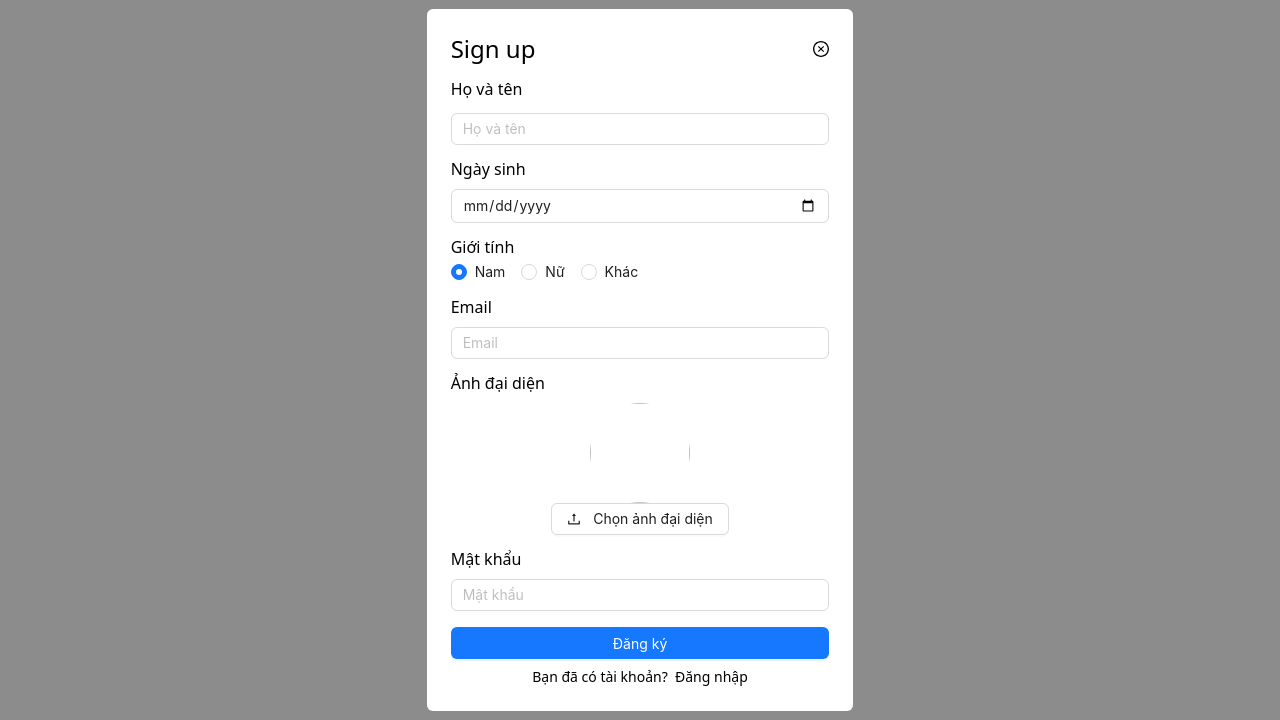
Repository: TinhTT336/MD02_Session14
Page: / (app in client/)
The author's editor kept a copy of each file at every save. The page is drawn from the files as they stood at one save, then again after the next save.
The browser window is 1280 px wide. The pictures show the whole page.
The project was rebuilt for these pictures with package versions that can differ from the ones it lists, and the page was loaded fresh each time. Also part of the build but not shown: client/vite.config.js, client/src/components/UploadSingleFile.jsx, client/src/components/register/register.css, client/src/components/register/Register.jsx, client/src/components/register/RegisterWithImg.jsx.

Above is the page before, as saved 2023-09-14 16:36:40.

### client/index.html
<!DOCTYPE html>
<html lang="en">
  <head>
    <meta charset="UTF-8" />
    <link rel="icon" type="image/svg+xml" href="/vite.svg" />
    <meta name="viewport" content="width=device-width, initial-scale=1.0" />
    <title>Vite + React</title>
    <!-- <link
      href="https://cdn.jsdelivr.net/npm/bootstrap@5.0.2/dist/css/bootstrap.min.css"
      rel="stylesheet"
      integrity="sha384-EVSTQN3/azprG1Anm3QDgpJLIm9Nao0Yz1ztcQTwFspd3yD65VohhpuuCOmLASjC"
      crossorigin="anonymous"
    />
    <link
      rel="stylesheet"
      href="https://cdnjs.cloudflare.com/ajax/libs/font-awesome/6.4.2/css/all.min.css"
      integrity="sha512-z3gLpd7yknf1YoNbCzqRKc4qyor8gaKU1qmn+CShxbuBusANI9QpRohGBreCFkKxLhei6S9CQXFEbbKuqLg0DA=="
      crossorigin="anonymous"
      referrerpolicy="no-referrer"
    /> -->
  </head>
  <body>
    <div id="root"></div>
    <script type="module" src="/src/main.jsx"></script>
  </body>
</html>

### client/src/App.jsx

import './App.css'
import UploadSingleFile from './components/UploadSingleFile'
import Register from './components/register/Register'
import RegisterWithImg from './components/register/RegisterWithImg'
import Signup from './components/signup/Signup'

function App() {

  return (
    <>
      {/* <UploadSingleFile /> */}
      {/* <Register /> */}
      {/* <RegisterWithImg /> */}
      <Signup />
    </>
  )
}

export default App

### client/src/App.css
* {
  margin: 0;
  padding: 0;
  box-sizing: border-box;
}
.btn-primary {
  background-color: #1677ff !important;
}
.btn-primary:hover {
  background-color: #4096ff !important;
}

### client/src/components/signup/Signup.jsx
import React, { useState } from 'react';
import { CloseCircleOutlined, UploadOutlined } from "@ant-design/icons";
import { Input, Radio, Button, message, Upload, Space, notification } from 'antd';
// import { async } from '@firebase/util';
import { getDownloadURL, ref, uploadBytes } from '@firebase/storage';
import { storage } from '../../firebase/configFirebase';
import { validateEmail, validatePassword } from '../../utils/formatData';
import axios from 'axios';

export default function Signup() {
    const [gender, setGender] = useState(1);
    const [imageUrl, setImageUrl] = useState(null);

    const [user, setUser] = useState({
        username: '',
        dateOfBirth: "",
        email: '',
        avatar: "",
        gender: 0,
        password: '',
        role: 1,
    })
    const handleCheck = (e) => {
        setGender(e.target.value);
    };

    //tao 1 tham chieu den thu muc chua kho anh tren firebase
    const imageListRef = ref(storage, 'images/')

    //Props cuar Upload
    const props = {
        name: 'file',
        action: 'https://www.mocky.io/v2/5cc8019d300000980a055e76',
        headers: {
            authorization: 'authorization-text',
        },
        onChange(info) {
            if (info.file.status !== 'uploading') {
                console.log(info.file.response.url, info.fileList);
            }
            if (info.file.status === 'done') {
                //lay duong dan cua anh sau khi hoan tat qua trinh tai
                const downloadURL = info.file.response.url;
                //luu duong dan vao 1 state
                setImageUrl(downloadURL);
                message.success("Tải lên hình ảnh thành công");
                console.log(imageUrl);
                console.log(downloadURL);
            } else if (info.file.status === 'error') {
                message.error("Tải lên hình ảnh thất bại");
            }
        },
        customRequest: async ({ file, onSuccess, onError }) => {
            try {
                //tao 1 tham chieu den thu muc chua kho anh tren firebase
                const imageRef = ref(imageListRef, file.name)

                // tai anh len firebase
                await uploadBytes(imageRef, file)

                //lay url tu firebase ve
                const downloadURL = await getDownloadURL(imageRef)

                //goi ham onSuccess de thong bao upload anh thanh cong
                onSuccess({ url: downloadURL });

            } catch (error) {
                onError(error)
            }
        }
    };

    // ham lay thong tin tu o input
    const handleInputChange = (e) => {
        const { name, value } = e.target;
        console.log(name, value);
        setUser({ ...user, [name]: value })
    }

    // ham submit
    const handleSubmit = (e) => {
        e.preventDefault();
        if (!user.username) {
            notification.error({
                message: "Cảnh báo",
                description: "Họ và tên không được để trống"
            })
            return;
        } else if (!user.email) {
            notification.error({
                message: "Cảnh báo",
                description: "Email không được để trống"
            })
            return;
        }
        else if (!validateEmail(user.email)) {
            notification.error({
                message: "Cảnh báo",
                description: "Email không đúng định dạng"
            })
            return;
        }
        else if (!user.password) {
            notification.error({
                message: "Cảnh báo",
                description: "Mât khẩu không được để trống"
            })
            return;
        } else if (!validatePassword(user.password)) {
            notification.error({
                message: "Cảnh báo",
                description: "Mật khẩu không đúng định dạng"
            })
            return;
        } else {
            const newUser = {
                ...user,
                // password: password,
                role: 1,
                avatar: imageUrl
            }
            console.log("==>", newUser);
            // goi API thêm
            axios.post("http://localhost:3000/users", newUser)
                .then(response => {
                    console.log(response);
                    if (response.status === 201) {
                        // hien thi thong bao
                        notification.success({
                            message: "Thành công",
                            description: "Thêm mới người dùng thành công"
                        });
                        localStorage.setItem("userSignup", JSON.stringify(user));
                        console.log("Chuyen trang dang nhap");
                    }
                })
                .catch(error => {
                    console.log(error);
                    // if (error.response.data === "Email already exists") {
                    //     notification.error({
                    //         message: "Cảnh báo",
                    //         description: "Email đã tồn tại trong hệ thống"
                    //     })
                    // } else {
                    //     notification.error({
                    //         message: "Cảnh báo",
                    //         description: "Lỗi hệ thống"
                    //     })
                    // }
                })
        }
    }


    return (
        <>
            <div className='fixed top-0 left-0 right-0 bottom-0 flex items-center justify-center bg-rgba-black'>
                <form className='bg-white p-6 rounded-md w-2/6' onSubmit={handleSubmit}>
                    <div className='flex items-center justify-between'>
                        <h3 className='text-2xl'>Sign up</h3>
                        <CloseCircleOutlined className='cursor-pointer hover:bg-slate-300 rounded-full' />
                    </div>
                    <div className='mt-3'>
                        <label htmlFor="username">Họ và tên</label>
                        <Input placeholder="Họ và tên" className='mt-3' name='username' id='username' onChange={handleInputChange} />
                    </div>
                    <div className='mt-3'>
                        <label htmlFor="dateOfBirth">Ngày sinh</label>
                        <Input placeholder="Ngày sinh" className='mt-2' name='dateOfBirth' id='dateOfBirth' type='date' onChange={handleInputChange} />
                    </div>
                    <div className='mt-3'>
                        <label htmlFor="dateOfBirth">Giới tính</label>
                        <div>
                            <Radio.Group onChange={handleCheck} value={gender}>
                                <Radio value={1}>Nam</Radio>
                                <Radio value={2}>Nữ</Radio>
                                <Radio value={3}>Khác</Radio>
                            </Radio.Group>
                        </div>
                    </div>
                    <div className='mt-3'>
                        <label htmlFor="email">Email</label>
                        <Input placeholder="Email" className='mt-2' name='email' id='email' type='text' onChange={handleInputChange} />
                    </div>
                    <div className='mt-3'>
                        <label htmlFor="avatar">Ảnh đại diện</label>
                        <div className='text-center mt-2'>
                            <div className='flex justify-center '>
                                <img src={imageUrl} height={100} width={100} style={{ objectFit: " cover", borderRadius: "50%" }} alt="" />
                            </div>
                            <Upload {...props}>
                                <Button icon={<UploadOutlined />}> Chọn ảnh đại diện</Button>
                            </Upload>
                        </div>
                    </div>
                    <div className='mt-3'>
                        <label htmlFor="password">Mật khẩu</label>
                        <Input placeholder="Mật khẩu" className='mt-2' name='password' id='password' type='password' onChange={handleInputChange} />
                    </div>
                    <div>
                        <Button htmlType='submit' type='primary' block className='w-full btn-primary mt-4'>Đăng ký</Button>
                    </div>
                    <div className='mt-2 flex items-center justify-center'>
                        <span className='text-sm '>Bạn đã có tài khoản? <a href="">   Đăng nhập</a></span>
                    </div>
                </form>
            </div>

        </>
    )
}

### client/src/firebase/configFirebase.js
import { initializeApp } from "firebase/app";
import { getStorage } from "firebase/storage";

const firebaseConfig = {
  apiKey: "AIzaSyD0Zt2OZZXnhp_y5Hbwztrgq-8yceFDboU",
  authDomain: "project-md02.firebaseapp.com",
  projectId: "project-md02",
  storageBucket: "project-md02.appspot.com",
  messagingSenderId: "1049986641086",
  appId: "1:1049986641086:web:83898ee5306dc048c982ef",
};

// Initialize Firebase - khoi tai firebase
const app = initializeApp(firebaseConfig);

//tao tham chieu den dich vu luu tru duoc su dung de tham chieu trong toan bo ung dung
const storage = getStorage(app);

// export ra ben ngoai de su dung
export { storage };

### client/src/utils/formatData.js
/**
 * ham format tien te Viet Nam
 * @param {*} money chuoi tien te can format
 * @returns chuoi tien te da duoc format
 * Author: TinhTT (11/09/2023)
 */
export const formatMoney = (money) => {
  return money.toLocaleString("vi", { style: "currency", currency: "VND" });
};
/**
 * ham dinh dang chuoi thoi gian
 * @param {*} date chuoi thoi gian can dinh dang
 * @returns dinh dang thoi gian theo kieu ngay-thang-nam
 * Author: TinhTT(12/9/2023)
 */
export const formatDate = (date) => {
  // lay ra dinh dang thoi gian cua chuoi dua vao thoi gian thuc
  const today = new Date(date);
  // lay ra nam
  let year = today.getFullYear();
  // lay ra thang
  let month = today.getMonth() + 1;
  if (month > 0 && month < 10) {
    month = `0${month}`;
  }
  // lay ra ngay
  let day = today.getDate();
  // tra ra chuoi can dinh dang
  return `${day}-${month}-${year}`;
};
/**
 * Validate email
 * @param {*} email : chuỗi email cần kiểm tra
 * @returns true nếu đúng định dạng, false nếu sai định dạng
 * Author: NVQUY(12/09/2023)
 */
export const validateEmail = (email) => {
  return String(email)
    .toLowerCase()
    .match(
      /^(([^<>()[\]\\.,;:\s@"]+(\.[^<>()[\]\\.,;:\s@"]+)*)|.(".+"))@((\[[0-9]{1,3}\.[0-9]{1,3}\.[0-9]{1,3}\.[0-9]{1,3}\])|(([a-zA-Z\-0-9]+\.)+[a-zA-Z]{2,}))$/
    );
};

export const validatePassword = (password) => {
  return String(password)
    .toLowerCase()
    .match(/^(?=.*[a-z])(?=.*\d)(?=.*[@$!%*?&])[A-Za-z\d@$!%*?&]{5,}$/);
};

### client/tailwind.config.js
/** @type {import('tailwindcss').Config} */
export default {
  content: ["./index.html", "./src/**/*.{js,ts,jsx,tsx}"],
  theme: {
    extend: {
      backgroundColor: {
        "rgba-black": "rgba(0,0,0,0.45)",
      },
    },
  },
  plugins: [],
};

Loaded but not shown: client/src/main.jsx (common file); client/src/index.css (common file)

After the next save:
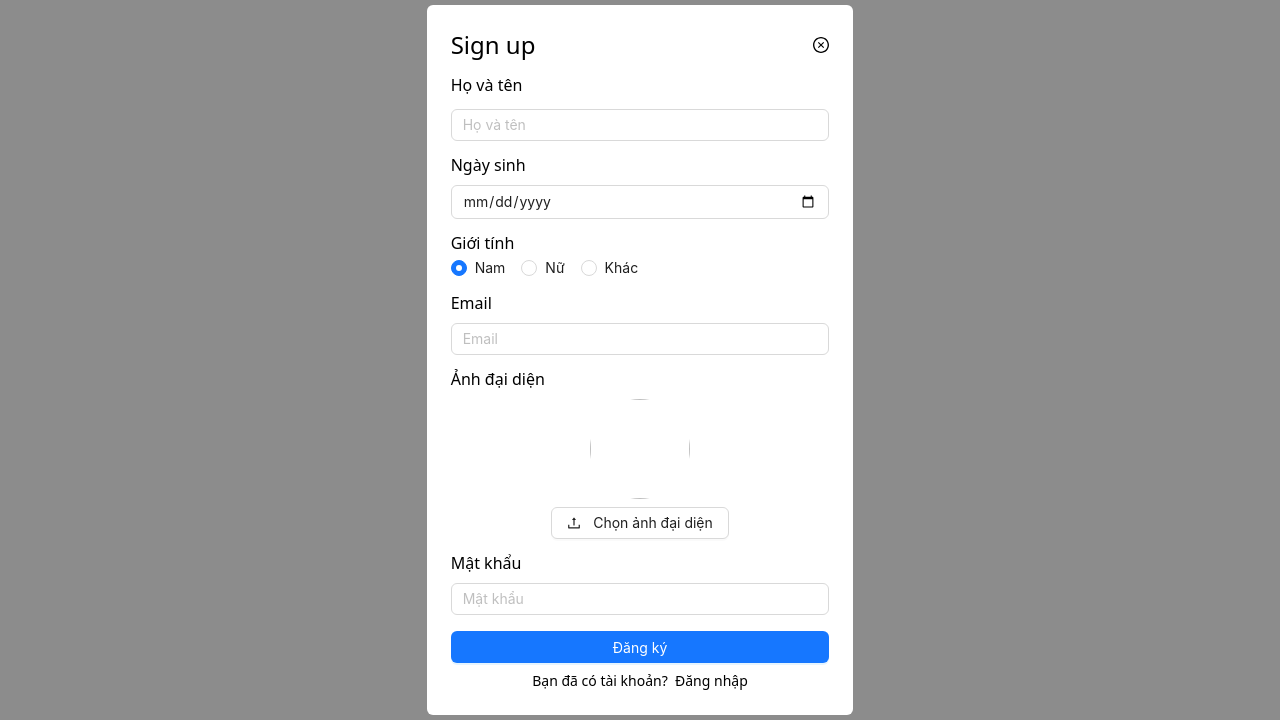
Saved 9 s later.
--- a/client/src/components/signup/Signup.jsx
+++ b/client/src/components/signup/Signup.jsx
@@ -185,7 +185,7 @@ export default function Signup() {
                     <div className='mt-3'>
                         <label htmlFor="avatar">Ảnh đại diện</label>
                         <div className='text-center mt-2'>
-                            <div className='flex justify-center '>
+                            <div className='flex justify-center mb-2 '>
                                 <img src={imageUrl} height={100} width={100} style={{ objectFit: " cover", borderRadius: "50%" }} alt="" />
                             </div>
                             <Upload {...props}>
